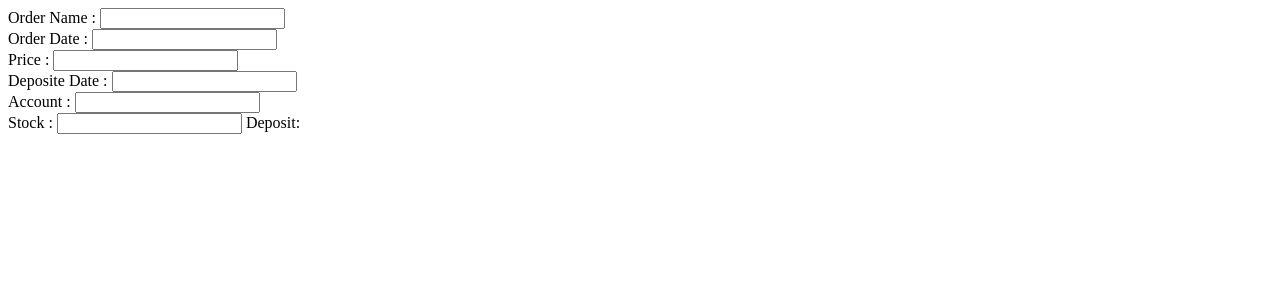
Repository: cheukyin21hk/DudeClothingConsole
Page: http://localhost/DudeClothing/WEB-INF/views/orderMgt.jsp
The author's editor kept a copy of each file at every save. The page is drawn from the files as they stood at one save, then again after the next save.
The browser window is 1280 px wide. The pictures show the whole page.
The page is served by Tomcat 9. Nobody is signed in. Other server files are loaded and not shown. The template is opened directly, without the code that normally fills it, so the values that code supplies are empty.

Above is the page before, as saved 2015-06-01 02:49:40.

### DudeClothing/src/main/webapp/WEB-INF/views/orderMgt.jsp
<%@ page language="java" contentType="text/html; charset=UTF-8"
	pageEncoding="UTF-8"%>
<!DOCTYPE html PUBLIC "-//W3C//DTD HTML 4.01 Transitional//EN" "http://www.w3.org/TR/html4/loose.dtd">
<html>
<head>
<meta http-equiv="Content-Type" content="text/html; charset=UTF-8">
<title>DudeClothing - Order Info Management</title>
</head>
<body>
	Order Name :
	<input type='text'>
	<br /> Order Date :
	<input type='text'>
	<br /> Price :
	<input type='text'>
	<br /> Deposite Date :
	<input type='text'>
	<br /> Account :
	<input type='text'>
	<br /> Stock :
	<input type='text'>
	Deposit:
	<br />
</body>
</html>

After the next save:
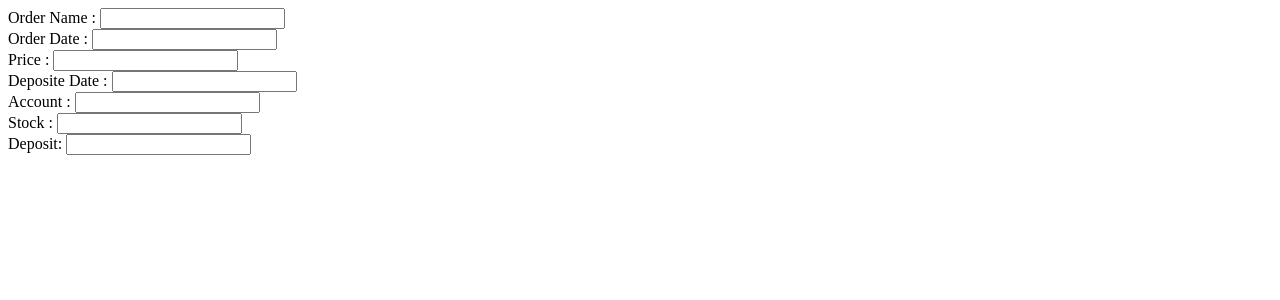
Saved 11 s later.
--- a/DudeClothing/src/main/webapp/WEB-INF/views/orderMgt.jsp
+++ b/DudeClothing/src/main/webapp/WEB-INF/views/orderMgt.jsp
@@ -19,7 +19,7 @@
 	<input type='text'>
 	<br /> Stock :
 	<input type='text'>
-	Deposit:
-	<br />
+	<br /> Deposit:
+	<input type='text'>
 </body>
 </html>
